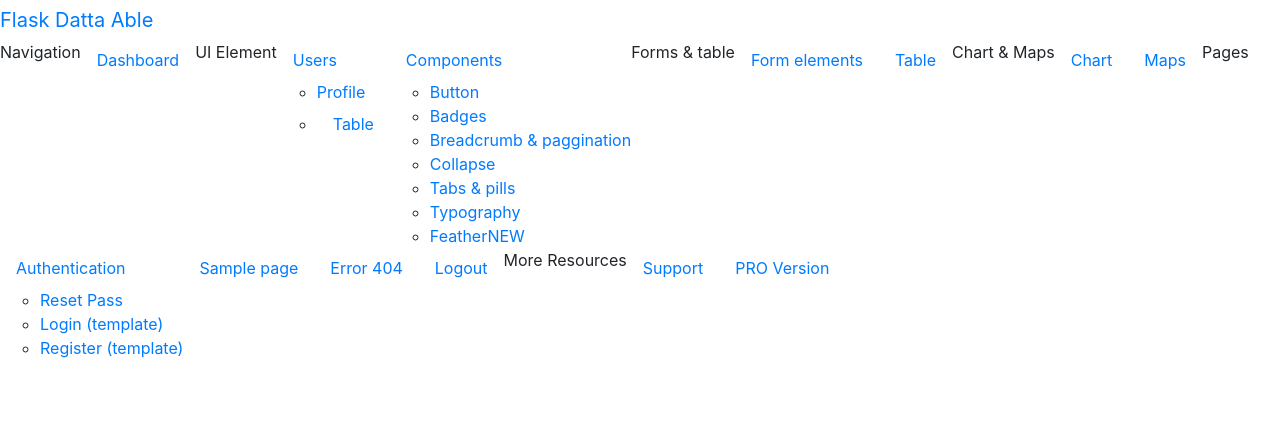
Repository: BigFor4/LearnPython
Page: apps/templates/layouts/layout.html
An editor plug-in stored every save of this project. The page is shown before and after the next save, followed by the edit.
The browser window is 1280 px wide. The pictures show the whole page.
Some web fonts or font styles are not loaded; a fallback is used. The template is drawn by Flask 3. The application's start-up code is not run. Other server files are loaded and not shown. The template is opened directly, without the code that normally fills it, so the values that code supplies are empty.

Above is the page before, as saved 2022-02-14 19:10:30.

### apps/templates/layouts/layout.html
<!DOCTYPE html>
<html lang="en">
  <head>
    <meta charset="utf-8" />
    <meta
      name="viewport"
      content="width=device-width, initial-scale=1, shrink-to-fit=no"
    />
    <title>Bootstrap CRUD Data Table for Database with Modal Form</title>
    <link
      rel="stylesheet"
      href="https://fonts.googleapis.com/css?family=Roboto|Varela+Round"
    />
    <link
      rel="stylesheet"
      href="https://stackpath.bootstrapcdn.com/bootstrap/4.5.0/css/bootstrap.min.css"
    />
    <link
      rel="stylesheet"
      href="https://fonts.googleapis.com/icon?family=Material+Icons"
    />
    <link
      rel="stylesheet"
      href="https://maxcdn.bootstrapcdn.com/font-awesome/4.7.0/css/font-awesome.min.css"
    />
    <script src="https://code.jquery.com/jquery-3.5.1.min.js"></script>
    <script src="https://cdn.jsdelivr.net/npm/popper.js@1.16.0/dist/umd/popper.min.js"></script>
    <script src="https://stackpath.bootstrapcdn.com/bootstrap/4.5.0/js/bootstrap.min.js"></script>
  </head>
  <body>

  <!-- Top Bar -->
  {% include 'includes/navigation.html' %}

  <!-- SideBar -->
  {% include 'includes/sidebar.html' %}

    <div class="pcoded-main-container">
      <div class="pcoded-wrapper">{% block body %} {% endblock %}</div>
    </div>

    <script
      src="https://code.jquery.com/jquery-3.3.1.slim.min.js"
      integrity="sha384-q8i/X+965DzO0rT7abK41JStQIAqVgRVzpbzo5smXKp4YfRvH+8abtTE1Pi6jizo"
      crossorigin="anonymous"
    ></script>
    <script
      src="https://cdnjs.cloudflare.com/ajax/libs/popper.js/1.14.7/umd/popper.min.js"
      integrity="sha384-UO2eT0CpHqdSJQ6hJty5KVphtPhzWj9WO1clHTMGa3JDZwrnQq4sF86dIHNDz0W1"
      crossorigin="anonymous"
    ></script>
    <script
      src="https://stackpath.bootstrapcdn.com/bootstrap/4.3.1/js/bootstrap.min.js"
      integrity="sha384-JjSmVgyd0p3pXB1rRibZUAYoIIy6OrQ6VrjIEaFf/nJGzIxFDsf4x0xIM+B07jRM"
      crossorigin="anonymous"
    ></script>
  </body>
</html>

### apps/templates/includes/sidebar.html
<nav class="pcoded-navbar">
  <div class="navbar-wrapper">
    <div class="navbar-brand header-logo">
      <a
        target="_blank"
        href="https://appseed.us/admin-dashboards/flask-datta-able"
        class="b-brand"
      >
        <div class="b-bg">
          <i class="feather icon-trending-up"></i>
        </div>
        <span class="b-title">Flask Datta Able</span>
      </a>
      <a class="mobile-menu" id="mobile-collapse" href="javascript:"
        ><span></span
      ></a>
    </div>
    <div class="navbar-content scroll-div">
      <ul class="nav pcoded-inner-navbar">
        <li class="nav-item pcoded-menu-caption">
          <label>Navigation</label>
        </li>
        <li
          data-username="dashboard Default Ecommerce CRM Analytics Crypto Project"
          class="nav-item {% if 'index' in segment %} active {% endif %}"
        >
          <a href="/" class="nav-link"
            ><span class="pcoded-micon"><i class="feather icon-home"></i></span
            ><span class="pcoded-mtext">Dashboard</span></a
          >
        </li>
        <li class="nav-item pcoded-menu-caption">
          <label>UI Element</label>
        </li>

        <li
          data-username="basic components Button Alert Badges breadcrumb Paggination progress Tooltip popovers Carousel Cards Collapse Tabs pills Modal Grid System Typography Extra Shadows Embeds"
          class="nav-item pcoded-hasmenu"
        >
          <a href="javascript:" class="nav-link"
            ><span class="pcoded-micon"><i class="feather icon-box"></i></span
            ><span class="pcoded-mtext">Users</span></a
          >
          <ul class="pcoded-submenu">
            <li class=""><a href="/profile.html" class="">Profile</a></li>

            <li
              data-username="Profile bootstrap datatable footable"
              class="nav-item {% if 'profile' in segment %} active {% endif %}"
            >
              <a href="/profile.html" class="nav-link"
                ><span class="pcoded-micon"
                  ><i class="feather icon-server"></i></span
                ><span class="pcoded-mtext">Table</span></a
              >
            </li>
          </ul>
        </li>

        <li
          data-username="basic components Button Alert Badges breadcrumb Paggination progress Tooltip popovers Carousel Cards Collapse Tabs pills Modal Grid System Typography Extra Shadows Embeds"
          class="nav-item pcoded-hasmenu"
        >
          <a href="javascript:" class="nav-link"
            ><span class="pcoded-micon"><i class="feather icon-box"></i></span
            ><span class="pcoded-mtext">Components</span></a
          >
          <ul class="pcoded-submenu">
            <li class=""><a href="/ui-button.html" class="">Button</a></li>
            <li class=""><a href="/ui-badges.html" class="">Badges</a></li>
            <li class="">
              <a href="/ui-breadcrumb-pagination.html" class=""
                >Breadcrumb & paggination</a
              >
            </li>
            <li class=""><a href="/ui-collapse.html" class="">Collapse</a></li>
            <li class=""><a href="/ui-tabs.html" class="">Tabs & pills</a></li>
            <li class="">
              <a href="/ui-typography.html" class="">Typography</a>
            </li>
            <li class="">
              <a href="/ui-icons.html" class=""
                >Feather<span class="pcoded-badge label label-danger"
                  >NEW</span
                ></a
              >
            </li>
          </ul>
        </li>
        <li class="nav-item pcoded-menu-caption">
          <label>Forms & table</label>
        </li>
        <li
          data-username="form elements advance componant validation masking wizard picker select"
          class="nav-item {% if 'ui-forms' in segment %} active {% endif %}"
        >
          <a href="/ui-forms.html" class="nav-link"
            ><span class="pcoded-micon"
              ><i class="feather icon-file-text"></i></span
            ><span class="pcoded-mtext">Form elements</span></a
          >
        </li>
        <li
          data-username="Table bootstrap datatable footable"
          class="nav-item {% if 'ui-tables' in segment %} active {% endif %}"
        >
          <a href="/ui-tables.html" class="nav-link"
            ><span class="pcoded-micon"
              ><i class="feather icon-server"></i></span
            ><span class="pcoded-mtext">Table</span></a
          >
        </li>
        <li class="nav-item pcoded-menu-caption">
          <label>Chart & Maps</label>
        </li>
        <li
          data-username="Charts Morris"
          class="nav-item {% if 'charts-morris' in segment %} active {% endif %}"
        >
          <a href="/charts-morris.html" class="nav-link"
            ><span class="pcoded-micon"
              ><i class="feather icon-pie-chart"></i></span
            ><span class="pcoded-mtext">Chart</span></a
          >
        </li>
        <li
          data-username="Maps Google"
          class="nav-item {% if 'maps-google' in segment %} active {% endif %}"
        >
          <a href="/maps-google.html" class="nav-link"
            ><span class="pcoded-micon"><i class="feather icon-map"></i></span
            ><span class="pcoded-mtext">Maps</span></a
          >
        </li>
        <li class="nav-item pcoded-menu-caption">
          <label>Pages</label>
        </li>
        <li
          data-username="Authentication Sign up Sign in reset password Change password Personal information profile settings map form subscribe"
          class="nav-item pcoded-hasmenu"
        >
          <a href="javascript:" class="nav-link"
            ><span class="pcoded-micon"><i class="feather icon-lock"></i></span
            ><span class="pcoded-mtext">Authentication</span></a
          >
          <ul class="pcoded-submenu">
            <li class="">
              <a href="/auth-reset-pass.html" class="">Reset Pass</a>
            </li>
            <li class="">
              <a href="/login.html" class="">Login (template)</a>
            </li>
            <li class="">
              <a href="/register.html" class="">Register (template)</a>
            </li>
          </ul>
        </li>
        <li
          data-username="Sample Page"
          class="nav-item {% if 'page-blank' in segment %} active {% endif %}"
        >
          <a href="/page-blank.html" class="nav-link"
            ><span class="pcoded-micon"
              ><i class="feather icon-sidebar"></i></span
            ><span class="pcoded-mtext">Sample page</span></a
          >
        </li>
        <li data-username="Sample Page" class="nav-item">
          <a href="/page-404.html" class="nav-link"
            ><span class="pcoded-micon"
              ><i class="feather icon-sidebar"></i></span
            ><span class="pcoded-mtext">Error 404</span></a
          >
        </li>

        <li data-username="Disabled Menu" class="nav-item">
          <a
            href="{{ url_for('authentication_blueprint.logout') }}"
            class="nav-link"
          >
            <span class="pcoded-micon"><i class="feather icon-power"></i></span
            ><span class="pcoded-mtext">Logout</span>
          </a>
        </li>
        <li class="nav-item pcoded-menu-caption">
          <label>More Resources</label>
        </li>
        <li data-username="Support Page" class="nav-item">
          <a target="_blank" href="https://appseed.us/support" class="nav-link">
            <span class="pcoded-micon">
              <i class="feather icon-headphones"></i>
            </span>
            <span class="pcoded-mtext">Support</span>
          </a>
        </li>
        <li data-username="Support Page" class="nav-item">
          <a
            target="_blank"
            href="https://appseed.us/admin-dashboards/flask-dashboard-dattaable-pro"
            class="nav-link"
          >
            <span class="pcoded-micon">
              <i class="feather icon-tag"></i>
            </span>
            <span class="pcoded-mtext">PRO Version</span>
          </a>
        </li>
      </ul>
    </div>
  </div>
</nav>

Loaded but not shown: apps/templates/includes/navigation.html (common file); apps/templates/includes/scripts.html (common file); apps/static/assets/js/vendor-all.min.js (library); apps/static/assets/plugins/bootstrap/js/bootstrap.min.js (library); apps/static/assets/js/pcoded.min.js (library)

After the next save:
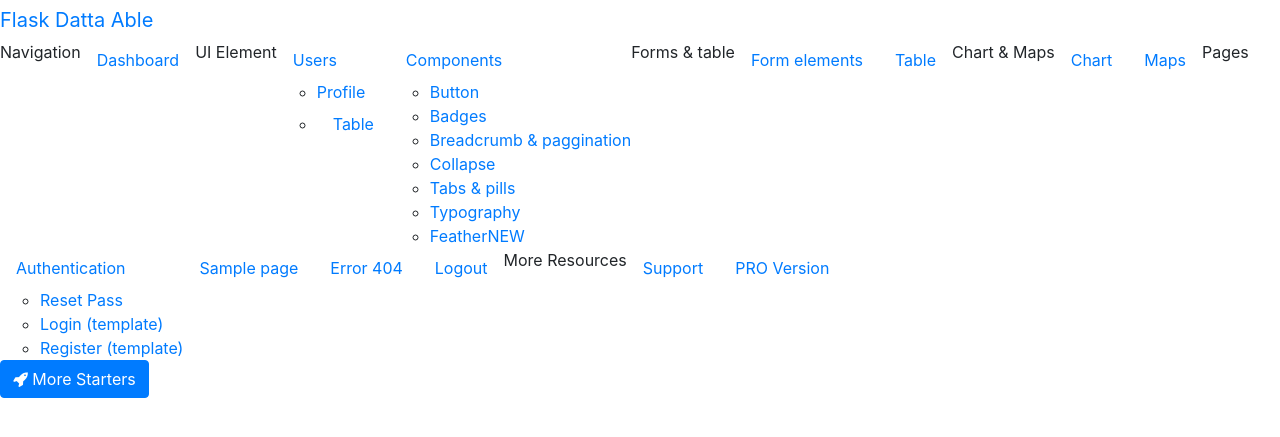
Console error: TypeError: $(...).slimScroll is not a function
Saved 26 s later.
--- a/apps/templates/layouts/layout.html
+++ b/apps/templates/layouts/layout.html
@@ -39,6 +39,11 @@
       <div class="pcoded-wrapper">{% block body %} {% endblock %}</div>
     </div>
 
+    {% include 'includes/scripts.html' %}
+
+    <!-- Specific Page JS goes HERE  -->
+    {% block javascripts %}{% endblock javascripts %}
+
     <script
       src="https://code.jquery.com/jquery-3.3.1.slim.min.js"
       integrity="sha384-q8i/X+965DzO0rT7abK41JStQIAqVgRVzpbzo5smXKp4YfRvH+8abtTE1Pi6jizo"
